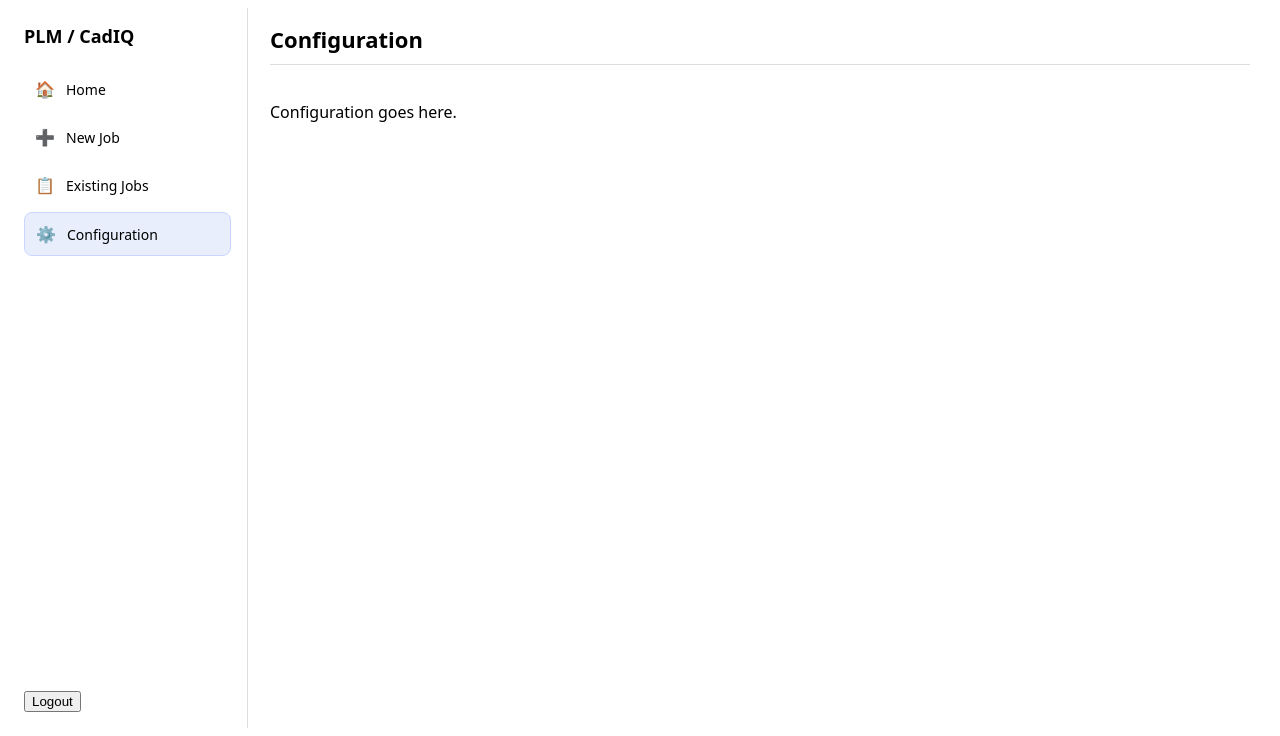
Repository: yaleevans/plm-cadiq
Page: /config
The author's editor kept a copy of each file at every save. The page is drawn from the files as they stood at one save, then again after the next save.
The browser window is 1280 px wide. The pictures show the whole page.
The page's requests for data from a server got no answer. The project was rebuilt for these pictures with package versions that can differ from the ones it lists, and the page was loaded fresh each time. The framework's server and built-in components were replaced by stand-ins that run in the browser. No one was signed in, and anything a server would have sent is missing. Also part of the build but not shown: svelte.config.js, vite.config.ts.

Above is the page before, as saved 2026-02-11 08:26:14.

### src/routes/+layout.svelte
<script lang="ts">
	import { page } from '$app/stores';

	const nav = [
		{ href: '/', label: 'Home', icon: '🏠' },
		{ href: '/jobs/new', label: 'New Job', icon: '➕' },
		{ href: '/jobs', label: 'Existing Jobs', icon: '📋' },
		{ href: '/config', label: 'Configuration', icon: '⚙️' }
	];

	$: pathname = $page.url.pathname;
	$: isLogin = pathname.startsWith('/login');

	$: active =
		nav.find((n) => n.href === pathname) ??
		(pathname.startsWith('/jobs/new')
			? nav[1]
			: pathname.startsWith('/jobs')
				? nav[2]
				: pathname.startsWith('/config')
					? nav[3]
					: nav[0]);

	$: title = active?.label ?? 'PLM / CadIQ';
</script>

{#if isLogin}
	<slot />
{:else}
	<div class="app">
		<aside class="sidebar">
			<div class="brand">PLM / CadIQ</div>

			<nav class="nav">
				{#each nav as item}
					<a class:selected={item === active} href={item.href} data-sveltekit-preload-data="hover">
						<span class="icon">{item.icon}</span>
						<span class="label">{item.label}</span>
					</a>
				{/each}
			</nav>

			<form method="post" action="/api/auth/logout" class="logout">
				<button type="submit">Logout</button>
			</form>
		</aside>

		<main class="main">
			<header class="header">
				<h1>{title}</h1>
			</header>

			<section class="content">
				<slot />
			</section>
		</main>
	</div>
{/if}

<style>
	.app {
		display: grid;
		grid-template-columns: 240px 1fr;
		min-height: 100vh;
		font-family:
			system-ui,
			-apple-system,
			Segoe UI,
			Roboto,
			Arial,
			sans-serif;
	}

	.sidebar {
		border-right: 1px solid #ddd;
		padding: 16px;
		display: flex;
		flex-direction: column;
		gap: 12px;
	}

	.brand {
		font-weight: 800;
		font-size: 18px;
		margin-bottom: 8px;
	}

	.nav {
		display: grid;
		gap: 6px;
	}

	.nav a {
		display: flex;
		align-items: center;
		gap: 10px;
		text-decoration: none;
		color: inherit;
		padding: 10px 10px;
		border-radius: 8px;
	}

	.nav a:hover {
		background: #f3f3f3;
	}

	.nav a.selected {
		background: #e9eefc;
		border: 1px solid #c9d6ff;
	}

	.icon {
		width: 22px;
		text-align: center;
	}

	.label {
		font-size: 14px;
	}

	.logout {
		margin-top: auto;
	}

	.main {
		padding: 16px 22px;
	}

	.header {
		border-bottom: 1px solid #ddd;
		padding-bottom: 10px;
		margin-bottom: 14px;
	}

	.header h1 {
		margin: 0;
		font-size: 22px;
	}

	.content {
		padding-top: 6px;
	}
</style>

### src/routes/config/+page.svelte
<p>Configuration goes here.</p>

Loaded but not shown: src/app.html (common file)

After the next save:
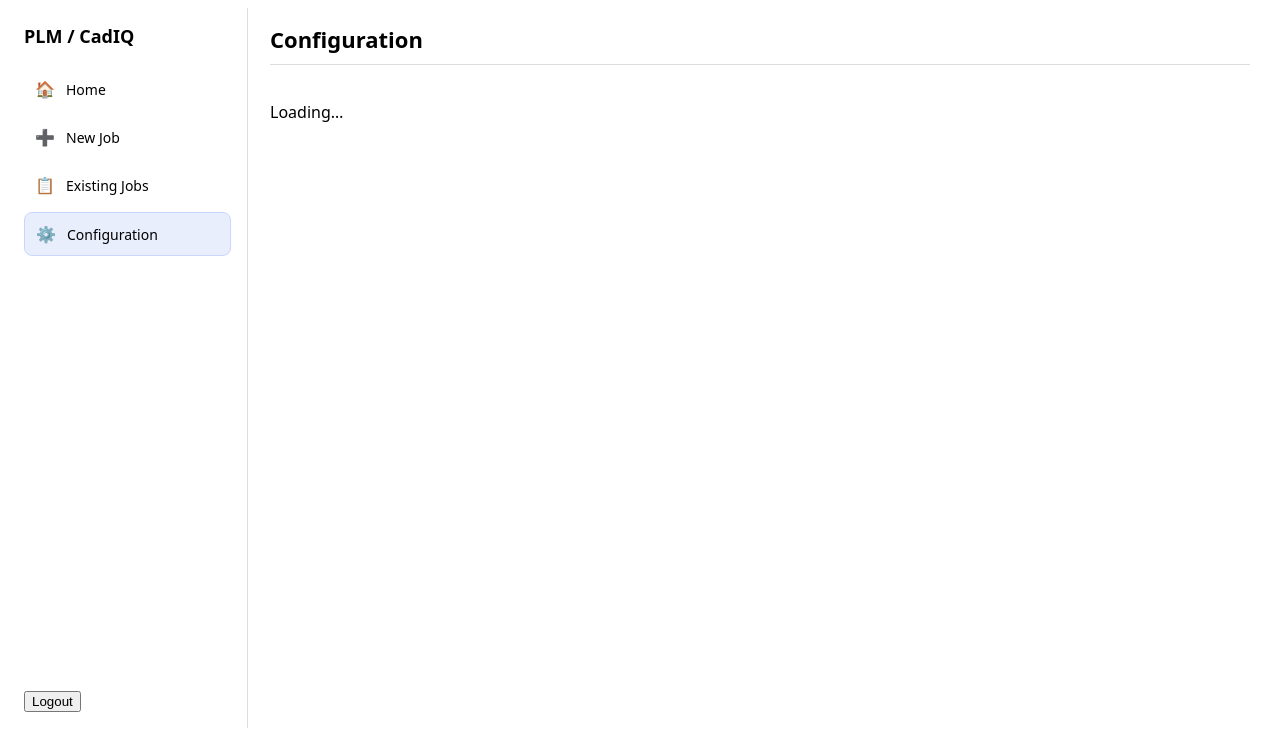
Saved 11 s later.
--- a/src/routes/config/+page.svelte
+++ b/src/routes/config/+page.svelte
@@ -1 +1,124 @@
-<p>Configuration goes here.</p>
+<script lang="ts">
+	let loading = true;
+	let error = '';
+	let okMsg = '';
+
+	let plmKind: 'teamcenter' | 'windchill' = 'teamcenter';
+
+	let plm: any = { kind: 'teamcenter', baseUrl: '', username: '', password: '' };
+	let cadiq: any = { baseUrl: '', apiKey: '', sharedInputPath: '', sharedOutputPath: '' };
+
+	async function load() {
+		loading = true;
+		error = '';
+		okMsg = '';
+
+		const res = await fetch('/api/config');
+		const data = await res.json();
+		if (!data.ok) {
+			error = data.error ?? 'Failed to load config';
+			loading = false;
+			return;
+		}
+
+		const cfg = data.config;
+		if (cfg?.plm) {
+			plm = cfg.plm;
+			plmKind = cfg.plm.kind;
+		}
+		if (cfg?.cadiq) cadiq = cfg.cadiq;
+
+		loading = false;
+	}
+
+	function onPlmKindChange(kind: 'teamcenter' | 'windchill') {
+		plmKind = kind;
+		plm =
+			kind === 'teamcenter'
+				? { kind, baseUrl: '', soasUrl: '', username: '', password: '', defaultSearchRoot: '' }
+				: { kind, baseUrl: '', username: '', password: '' };
+	}
+
+	async function save() {
+		error = '';
+		okMsg = '';
+
+		const res = await fetch('/api/config', {
+			method: 'PUT',
+			headers: { 'content-type': 'application/json' },
+			body: JSON.stringify({ plm, cadiq })
+		});
+
+		const data = await res.json();
+		if (!data.ok) {
+			error = data.error ?? 'Save failed';
+			return;
+		}
+		okMsg = 'Saved.';
+	}
+
+	load();
+</script>
+
+{#if loading}
+	<p>Loading…</p>
+{:else}
+	<div style="display:grid; gap:16px; max-width: 820px;">
+		<h2>PLM Connection</h2>
+
+		<label>
+			PLM Type
+			<select bind:value={plmKind} on:change={() => onPlmKindChange(plmKind)}>
+				<option value="teamcenter">Teamcenter</option>
+				<option value="windchill">Windchill</option>
+			</select>
+		</label>
+
+		<label
+			>Base URL <input bind:value={plm.baseUrl} placeholder="https://plm.company.local" /></label
+		>
+
+		{#if plmKind === 'teamcenter'}
+			<label>SOA URL (optional) <input bind:value={plm.soasUrl} /></label>
+			<label>Default Search Root (optional) <input bind:value={plm.defaultSearchRoot} /></label>
+		{/if}
+
+		<div style="display:grid; grid-template-columns: 1fr 1fr; gap: 12px;">
+			<label>Username <input bind:value={plm.username} /></label>
+			<label>Password <input type="password" bind:value={plm.password} /></label>
+		</div>
+
+		<hr />
+
+		<h2>CadIQ Connection</h2>
+
+		<label
+			>CadIQ Base URL <input
+				bind:value={cadiq.baseUrl}
+				placeholder="https://cadiq.company.local"
+			/></label
+		>
+		<label>API Key (optional) <input type="password" bind:value={cadiq.apiKey} /></label>
+
+		<div style="display:grid; grid-template-columns: 1fr 1fr; gap: 12px;">
+			<label
+				>Shared Input Path <input
+					bind:value={cadiq.sharedInputPath}
+					placeholder="\\\\server\\share\\cadiq\\in"
+				/></label
+			>
+			<label
+				>Shared Output Path <input
+					bind:value={cadiq.sharedOutputPath}
+					placeholder="\\\\server\\share\\cadiq\\out"
+				/></label
+			>
+		</div>
+
+		<div style="display:flex; gap: 12px; align-items:center;">
+			<button on:click={save}>Save</button>
+			{#if okMsg}<span style="color: green;">{okMsg}</span>{/if}
+			{#if error}<span style="color: red;">{error}</span>{/if}
+		</div>
+	</div>
+{/if}
